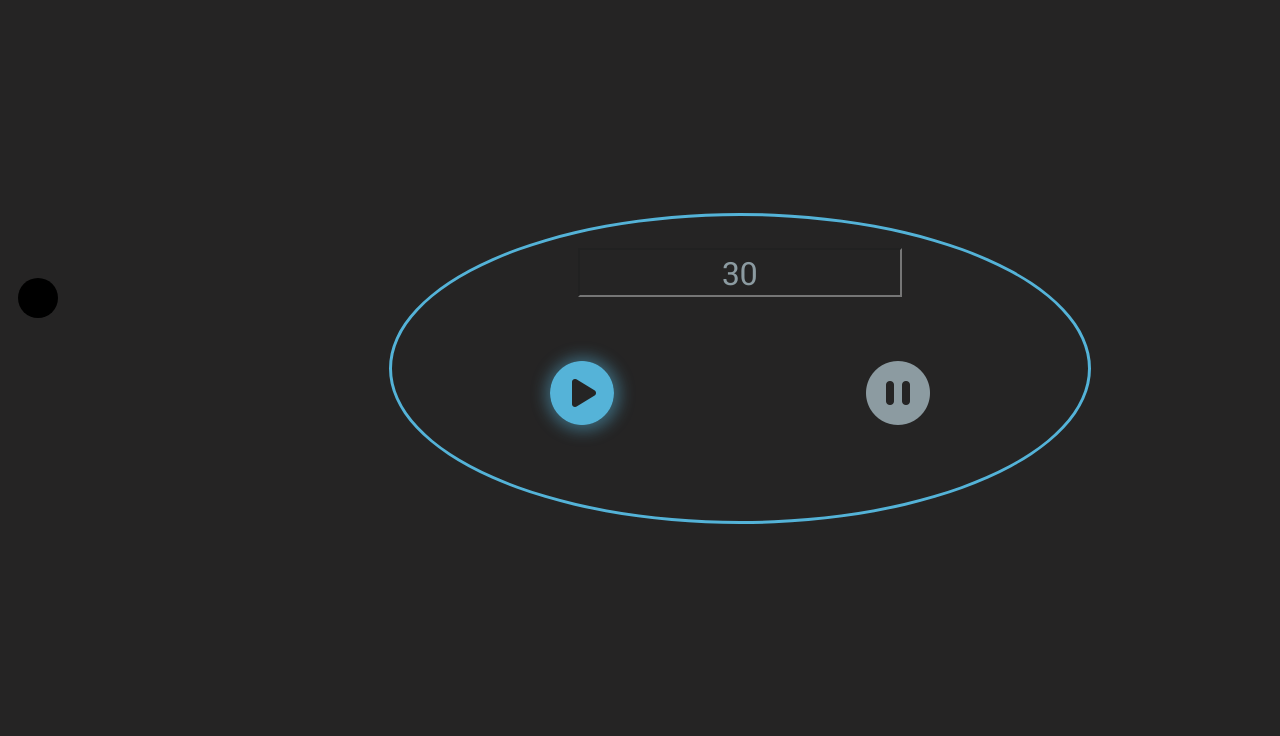
Repository: Sbethm/javascript-challenges
Page: index.html
These files come from the project's save history. The page is drawn as it stood at one moment and after a run of saves; the edit follows.
The browser window is 1280 px wide. The pictures show the whole page.
Some web libraries are served in a nearby version. The style sheet was rebuilt from its Sass, Less or Tailwind sources for each picture, by a compiler version that may differ from the author's.

Above is the page before, as saved 2021-09-17 15:04:34.

### index.html
<!DOCTYPE html>
<html lang="en">
<head>
    <meta charset="UTF-8">
    <meta http-equiv="X-UA-Compatible" content="IE=edge">
    <meta name="viewport" content="width=device-width, initial-scale=1.0">
    <link rel="stylesheet" href="./CSS/main.css">
    <link rel="preconnect" href="https://fonts.googleapis.com">
    <link rel="preconnect" href="https://fonts.gstatic.com" crossorigin>
    <link href="https://fonts.googleapis.com/css2?family=Roboto+Slab&display=swap" rel="stylesheet">
    <script src="https://kit.fontawesome.com/4348baf125.js" crossorigin="anonymous"></script>
    <title>SarahMoosa: JavaScript Challenges</title>
</head>
<body>
    <header></header>
    <main>
        <svg height="200" width="200">
            <circle r="20" cx="30" cy="30"\>
        </svg>
        <div class="container">
            <input type="text" value="30">
            <i class="fas fa-play-circle active"></i>
            <i class="fas fa-pause-circle"></i>
        </div>
    </main>
    <script src="./JS/timerClass.js"></script>
    <script src="./JS/apps.js"></script>
</body>
</html>

### JS/timerClass.js
class Timer {
    constructor(durationInput, playBtn, pauseBtn) {
        this.durationInput = durationInput;
        this.playBtn = playBtn;
        this.pauseBtn = pauseBtn;

        this.playBtn.addEventListener('click', this.start);
        this.pauseBtn.addEventListener('click', this.pause);
    }

    start = () => {
        this.tick();
        this.interval = setInterval(this.tick, 1000);

        playBtn.classList.remove('active');
        pauseBtn.classList.add('active');
        // for(let i = durationInput; durationInput > 0; i--){
        //     setTimeout(this.tick, 1000);
        // }
    };

    pause = () => {
        clearInterval(this.interval);

        pauseBtn.classList.remove('active');
        playBtn.classList.add('active');
    };

    tick = () => {
        if(this.timeRemaining > 0){
            this.timeRemaining = this.timeRemaining - 1;
        } else {
            this.pause();
        }

    };

    get timeRemaining () {
        return parseFloat(this.durationInput.value);
    }
    set timeRemaining (time) {
        this.durationInput.value = time;
    }
}

### JS/apps.js
const playBtn = document.querySelector('.fa-play-circle ');
const pauseBtn = document.querySelector('.fa-pause-circle ');
const input = document.querySelector('input');

//Reusable Timer Class


const timer1 = new Timer(input, playBtn, pauseBtn);








// //FUNCTIONS
// function startTimer() {
//     let inputNum = document.querySelector('input').value;

//     let countDownNum = Number(inputNum);

//     if(!countDownNum || countDownNum !== Math.floor(countDownNum)) {
//         console.log("WHOLE NUMBERS ONLY!")
//     } else {
//         countDownNum--;
//         inputNum = countDownNum;
//         console.log(inputNum);
//     }
// }

// function pauseTimer() {

// }



// playBtn.addEventListener('click', () => {
//     //Btn style change
//     playBtn.classList.remove('active');
//     pauseBtn.classList.add('active');

//     //Input countdown
//     startTimer()


// })

// pauseBtn.addEventListener('click', () => {
//     //Btn style change
//     pauseBtn.classList.remove('active');
//     playBtn.classList.add('active');

//     //Pause Timer
//     pauseTimer();
// })

### SCSS/main.scss
@import "./variables";

body {
    background-color: rgb(37, 36, 36);
}

main{
    height: 100vh;
    display: flex;
    align-items: center;
    justify-content: center;
}

.container {
    display: grid;
    grid-template-columns: Max(8rem, 50%) Max(8rem, 50%);
    grid-row: 25% 75%;
    width: Max(500px, 50%);
    padding: 1em;
    margin: 0 auto;

    background-color: rgb(37, 36, 36);
    border: solid 3px rgb(84, 179, 216);
    border-radius: 100%;
    //Used to style Input font
    font-family: 'Roboto Slab', serif;
    font-size: 2rem;
}

input {
    width: 50%;
    grid-area: 1 / 1 / 2 / 3;
    margin: 0 auto;
    background-color:  rgb(37, 36, 36);
    text-align: center;
    //Uses styles from parent .container
    font-family: inherit;
    font-size: 100%;
}

input[type='text']{
    color: $inactiveColor;
}

i {
    margin: 1em auto;
    font-size: Max(2rem, 4rem);
    color: $inactiveColor;
    border-radius: 50%;
}

.fa-play-circle {
    grid-area: 2 / 1 / 3 / 2;
}

.fa-pause-circle {
    grid-area: 2 / 2 / 3 / 3;
}

.active {
    color: $activeColor;
    box-shadow: 1px 1px 15px 5px rgba(85,179,216,0.46);
}
// rgb(85, 179, 216)
.inactive {
    color: $inactiveColor;
    box-shadow: none;
}

### SCSS/_variables.scss
//COLORS
$activeColor: hsl(197, 63%, 59%);
$inactiveColor: hsl(197, 10%, 59%);

After the next 2 saves:
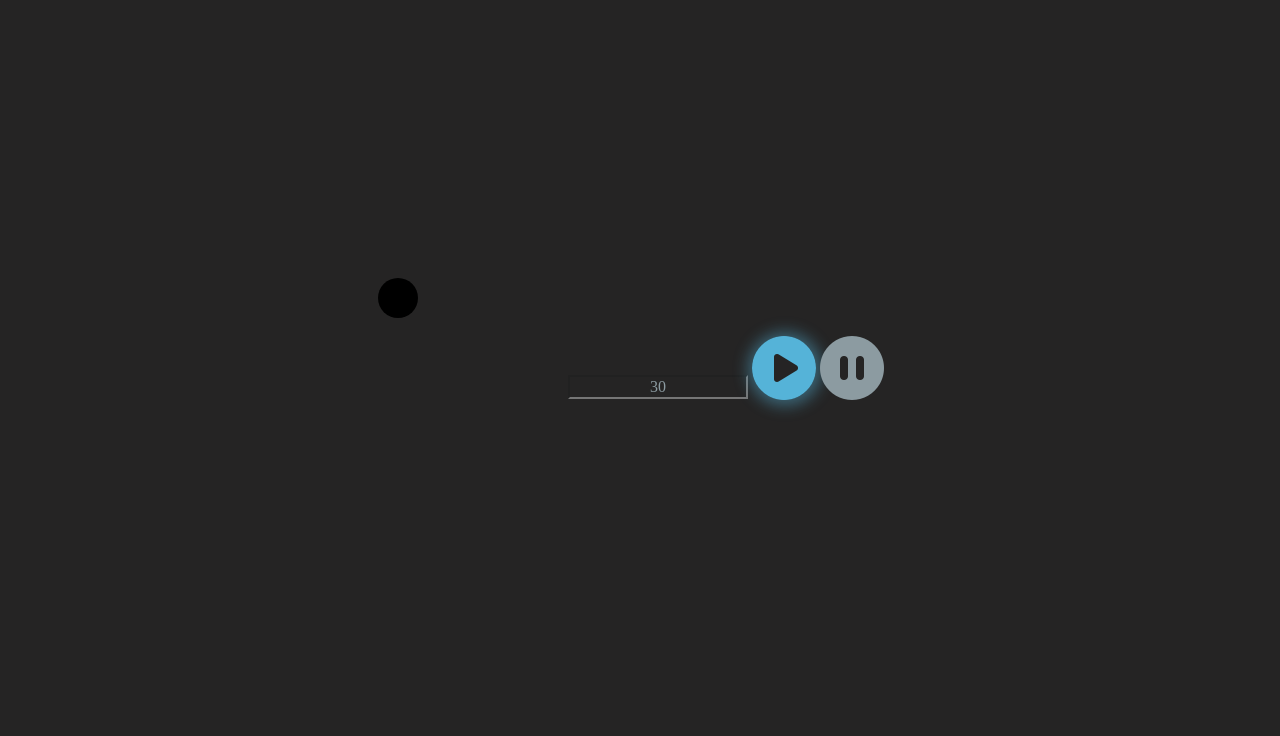
The 2 saves are shown as one change because they came seconds apart.
The last was saved 83 s later.
--- a/SCSS/main.scss
+++ b/SCSS/main.scss
@@ -10,6 +10,8 @@
     align-items: center;
     justify-content: center;
 }
+
+svg
 
 .container {
     display: grid;

After the 6 saves that followed:
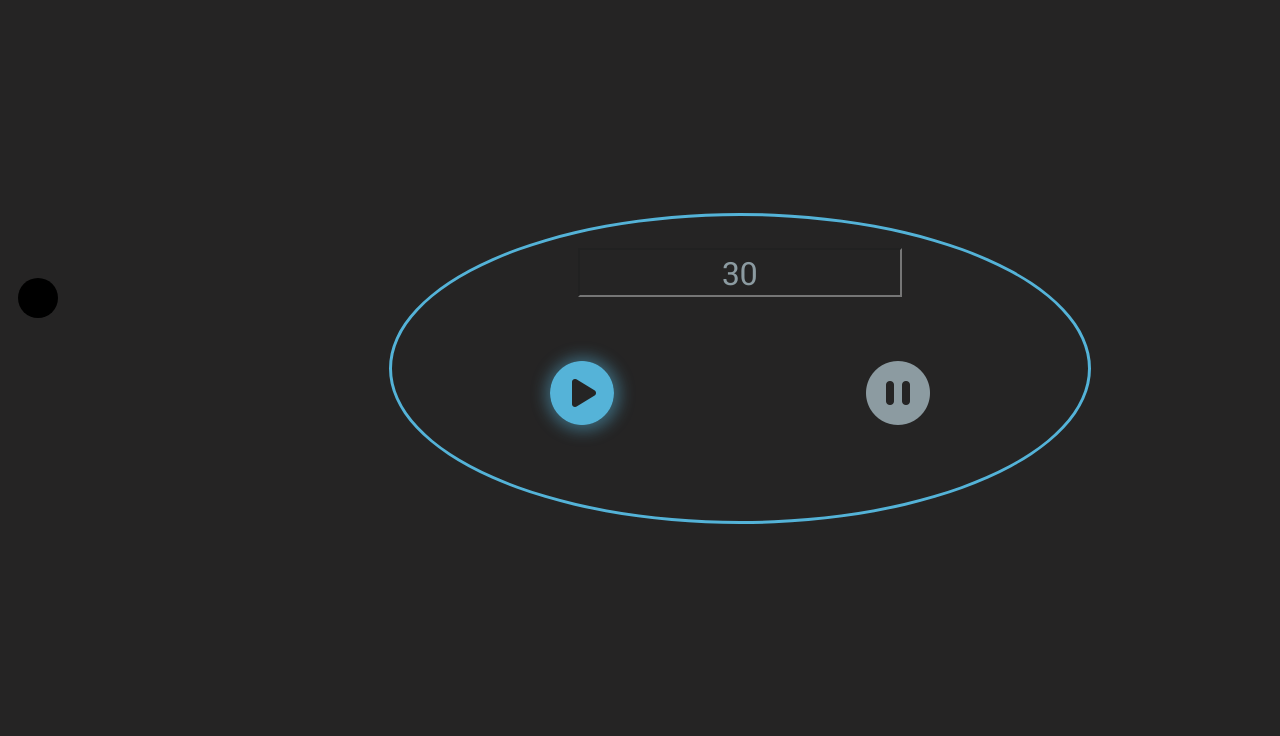
The 6 saves are shown as one change because they came seconds apart.
The last was saved 15 s later.
--- a/SCSS/main.scss
+++ b/SCSS/main.scss
@@ -11,7 +11,9 @@
     justify-content: center;
 }
 
-svg
+circle {
+    background-image: url();
+}
 
 .container {
     display: grid;
